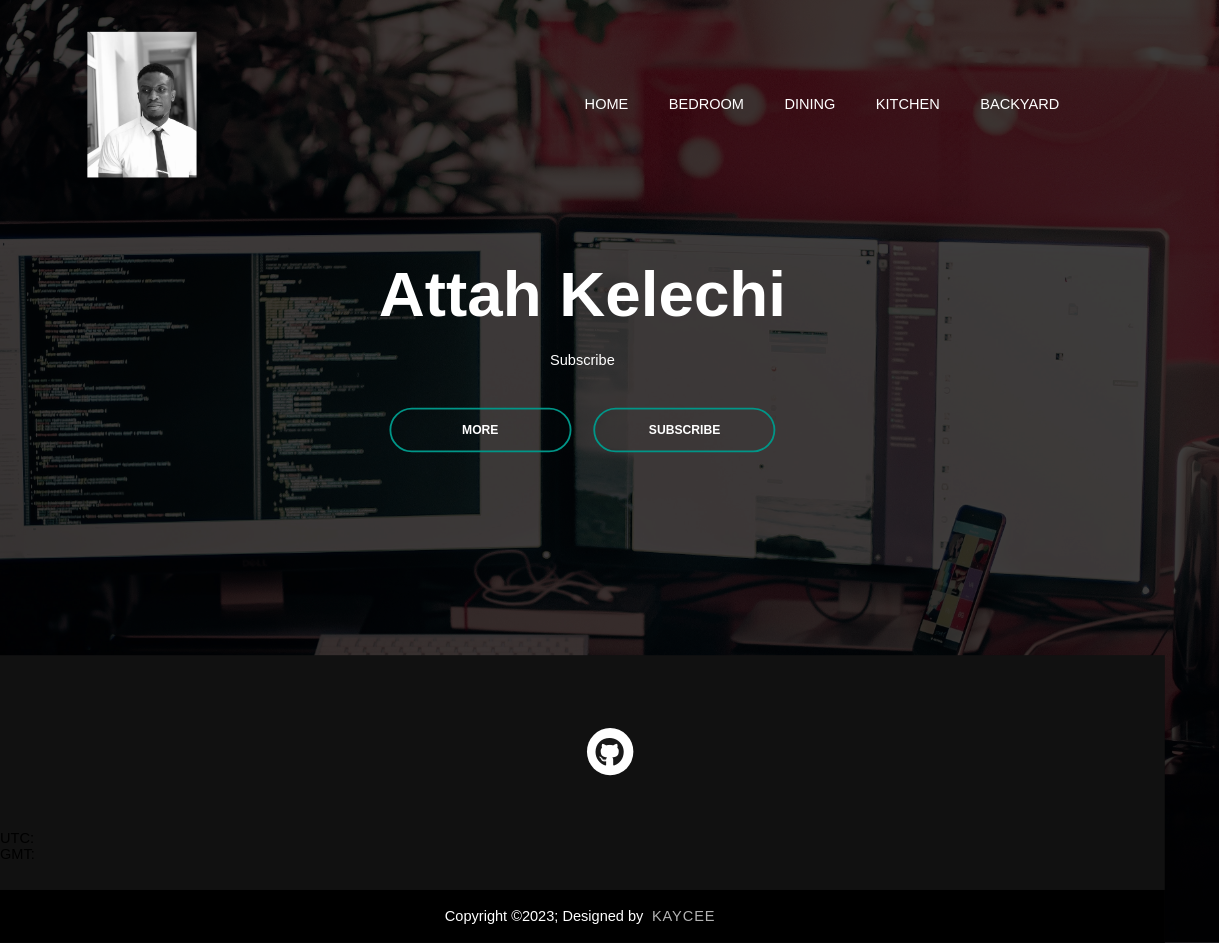
Repository: Kaycee-attah/HNG-Internship_2023
Page: index.html
These files come from the project's save history. The page is drawn as it stood at one moment and after the next save; the edit follows.
The browser window is 1280 px wide. The page is 1340 px wide, so the pictures cover 1340 px, including what lies to the right of the window. The pictures show the whole page, at 91% of full size.

Above is the page before, as saved 2023-09-07 03:09:11.

### index.html
<!DOCTYPE html>
<html lang="en">
<head>
    <meta charset="UTF-8">
    <meta name="viewport" content="width=device-width, initial-scale=1.0">
    <title>How to make a website - Easy tutorial</title>
    <link rel="stylesheet" href="style.css">
    <link rel="stylesheet" href="https://cdnjs.cloudflare.com/ajax/libs/font-awesome/6.4.2/css/all.min.css" integrity="sha512-z3gLpd7yknf1YoNbCzqRKc4qyor8gaKU1qmn+CShxbuBusANI9QpRohGBreCFkKxLhei6S9CQXFEbbKuqLg0DA==" crossorigin="anonymous" referrerpolicy="no-referrer" />
</head>
<body>
    <div class="banner">
        <div class="navbar">
            <img class="logo" src="slack_DP.JPG" alt="Kaycee" data-testid="slackDisplayImage">
            <ul>
                <li><a href="#">Home</a></li>
                <li><a href="#">Bedroom</a></li>
                <li><a href="#">Dining</a></li>
                <li><a href="#">Kitchen</a></li>
                <li><a href="#">Backyard</a></li>
            </ul>
        </div>
    </div>
    <div class="content">
        <h1 data-testid="slackUserName">Attah Kelechi</h1>
        <p>Subscribe</p>
        <div>
            <button type="button"><span class="btn"></span> MORE</button>
            <button type="button"><span class="btn"></span>SUBSCRIBE</button>
        </div>
    </div>
    <footer>
        <div class="footer_Container">
            <div class="social-icon">
                <a href=""><i class="fa-brands fa-github"></i></a>
            </div>

        </div>
        <div class="footer_Info">
            <ul>
                <li>UTC: </li>
                <li>GMT: </li>
            </ul>
        </div>
        <div class="footer_Bottom">
            <p>Copyright &copy;2023; Designed by <span class="designer">Kaycee</span></p>
        </div>
    </footer>

    <script src="script.js"></script>
</body>

</html>

### style.css
*{
    margin: 0;
    padding: 0;
    font-family: sans-serif;

}
body{
    background-image: linear-gradient(rgba(0,0,0,0.75), rgba(0,0,0,0.75)), url(IMG_6759.JPG);
    background-size: cover;
    background-position: center;
}

.banner{
    width: 100%;
    height: 100vh;


}
.navbar{
    width: 85%;
    margin: auto;
    padding: 35px 0;
    display: flex;
    align-items: center;
    justify-content: space-between;
}
.logo{
    width: 120px;
    cursor: pointer;
}
.navbar ul li{
    list-style: none;
    display: inline-block;
    margin: 0 20px;
    position: relative;
}
.navbar ul li a{
    text-decoration: none;
    color: #fff;
    text-transform: uppercase;
}
.navbar ul li::after{
    content: "";
    height: 3px;
    width: 0;
    background: #009688;
    position: absolute;
    left: 0;
    bottom: -10px;
    transition: 0.5s;
}
.navbar ul li:hover::after{
    width: 100%;
}
.content{
    width: 100%;
    position: absolute;
    top: 50%;
    transform: translateY(-50%);
    text-align: center;
    color: #fff;
}
.content h1{
    font-size: 70px;
    margin-top: 80px;
}
.content p{
    margin: 20px auto;
    font-weight: 100;
    line-height: 25px;
}
button{
    width: 200px;
    padding: 15px 0;
    text-align: center;
    margin: 20px 10px;
    border-radius: 25px;
    font-weight: bold;
    border: 2px solid #009688;
    background: transparent;
    color: #fff;
    cursor: pointer;
    position: relative;
    overflow: hidden;
}
.btn{
    background: #009688;
    height: 100%;
    width: 0;
    border-radius: 25px;
    position: absolute;
    left: 0;
    bottom: 0;
    z-index: -1;
    transition: 0.5s;
}
button:hover span{
    width: 100%;
}
footer{
    background-color: #111;
}
.footer_Container{
    width: 100%;
    padding: 70px 30px 20px;
}
.social-icon{
    display: flex;
    justify-content: center;
}
.social-icon a{
    text-decoration: none;
    padding: 10px;
    background-color: white;
    margin: 10px;
    border-radius: 50%;
}
.social-icon a i{
    font-size: 2em;
    color: black;
    opacity: 0.9;
}


.social-icon a:hover{
    background-color: #111;
    transition: 0.5s;
}
.social-icon a:hover i{
    background-color: white;
    transition: 0.5s;
}
.footer_Info{
    margin: 30px 0;
}

.footer_Bottom {
    background-color: #000;
    padding: 20px;
    text-align: center;
}
.footer_Bottom p{
    color: white;

}
.designer{
    opacity: 0.7;
    text-transform: uppercase;
    letter-spacing: 1px;
    font-weight: 400;
    margin: 0px 5px;
    /* position: fixed; */
}

### script.js
const now = new Date();
const day = now.getDay();
const hours = now.getHours();
const minutes = now.getMinutes();
const UTCtimeStamp = now.getTime();
const GMTdate_and_time = now.toUTCString();
const daysOfWeek = [
    "Sunday",
    "Monday",
    "Tuesday",
    "Wednesday",
    "Thursday",
    "Friday",
    "Saturday"
]
const today = daysOfWeek[day];
const UTC = now.getUTCMilliseconds();
console.log("Current day of the week:", today)
console.log("UTC:", UTC)

console.log("UTCtimeStamp:", UTCtimeStamp)
console.log("GMTdate_and_time:", GMTdate_and_time)

After the next save:
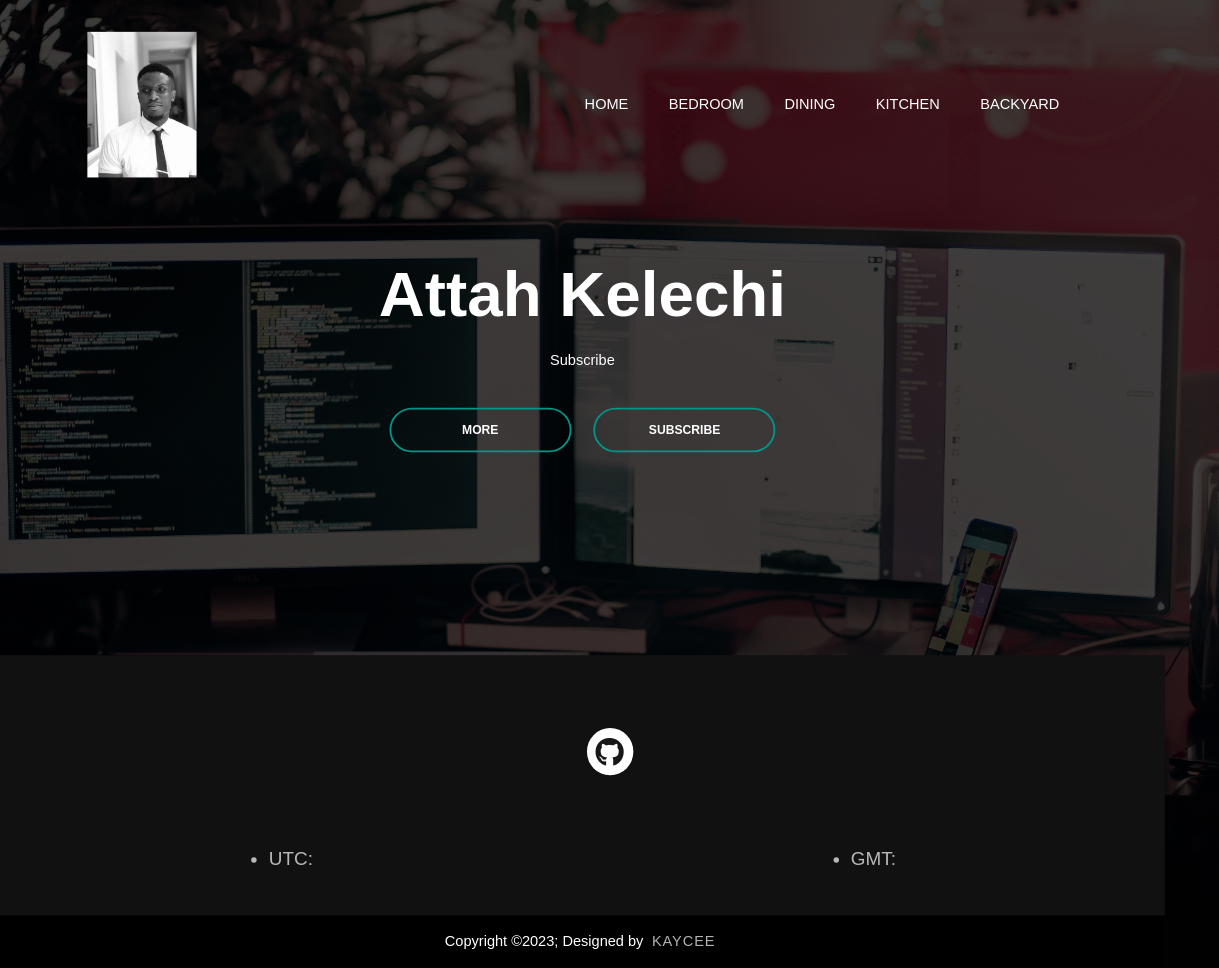
Saved 3 min 26 s later.
--- a/style.css
+++ b/style.css
@@ -133,6 +133,18 @@ footer{
 .footer_Info{
     margin: 30px 0;
 }
+.footer_Info ul{
+    display: flex;
+    justify-content: space-around;
+}
+.footer_Info ul li{
+    color: white;
+    margin: 20px;
+    text-decoration: none;
+    font-size: 1.3em;
+    opacity: 0.7;
+    transition: 0.5s;
+}
 
 .footer_Bottom {
     background-color: #000;
